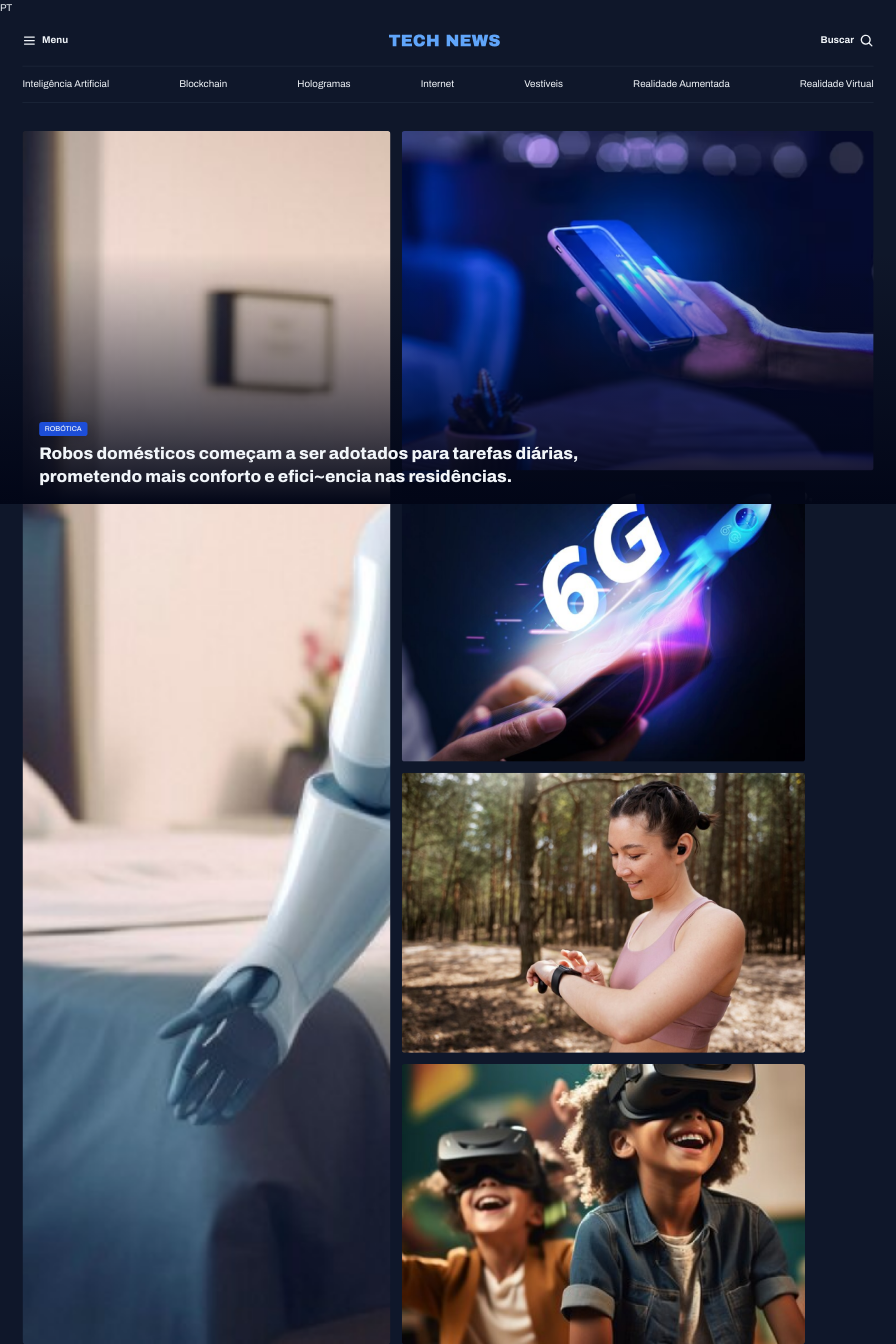
Repository: JeffRodFer/portalDeNoticias
Page: index.html
An editor plug-in stored every save of this project. The page is shown before and after the next save, followed by the edit.
The browser window is 1280 px wide. The pictures show the whole page, at 70% of full size.

Above is the page before, as saved 2025-04-15 21:52:44.

After the next save:
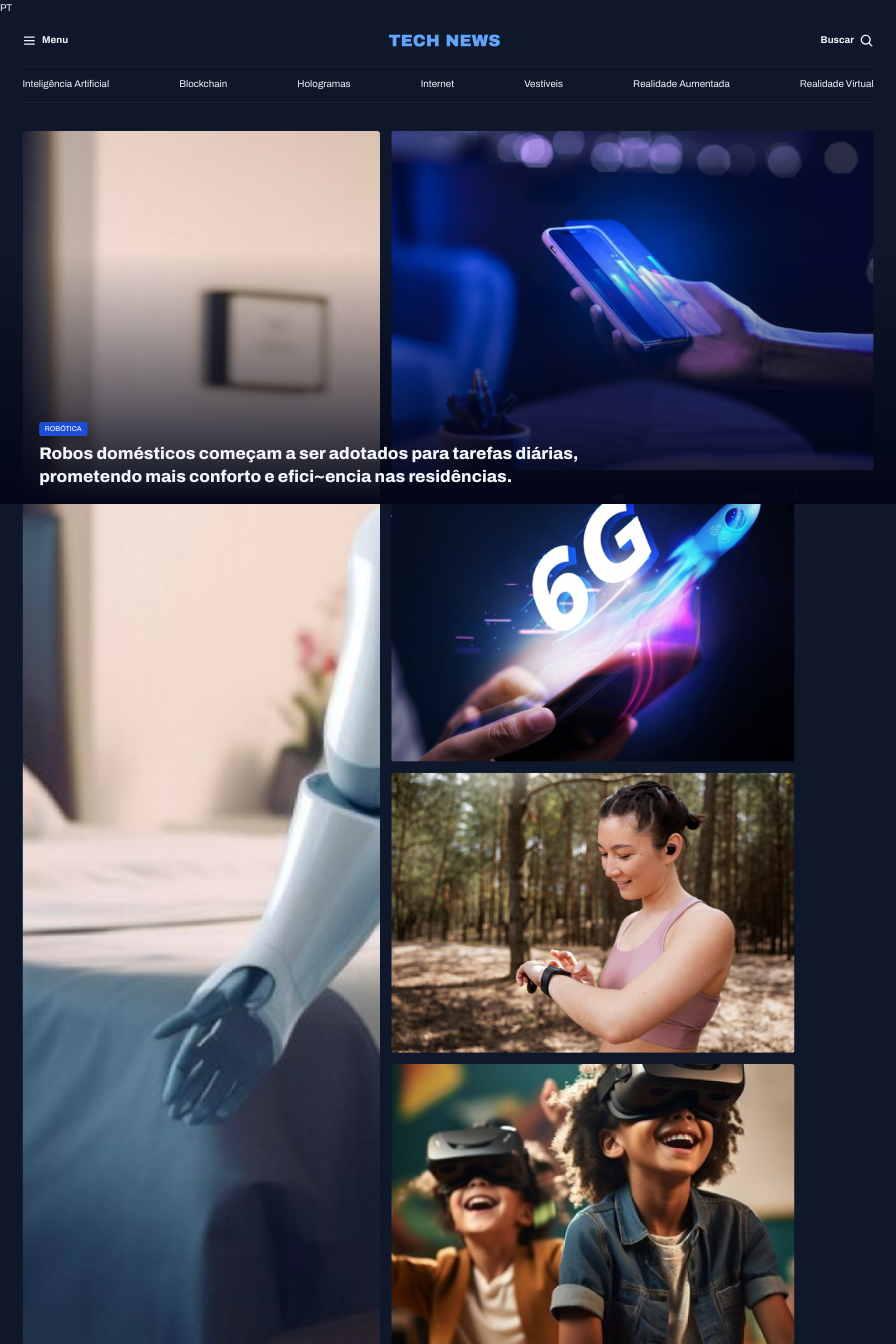
Saved 9 s later.
--- a/index.html
+++ b/index.html
@@ -55,7 +55,7 @@ PT<!DOCTYPE html>
           <figcaption>
             <span class="content-tag">robótica</span>
             <h2 class="text-2xl">
-              Novo Smartphone Projetor 3D chega ao mercado, residências.
+              Novo Smartphone Projetor 3D chega ao mercado, transformando
             </h2>
           </figcaption>
         </figure>
